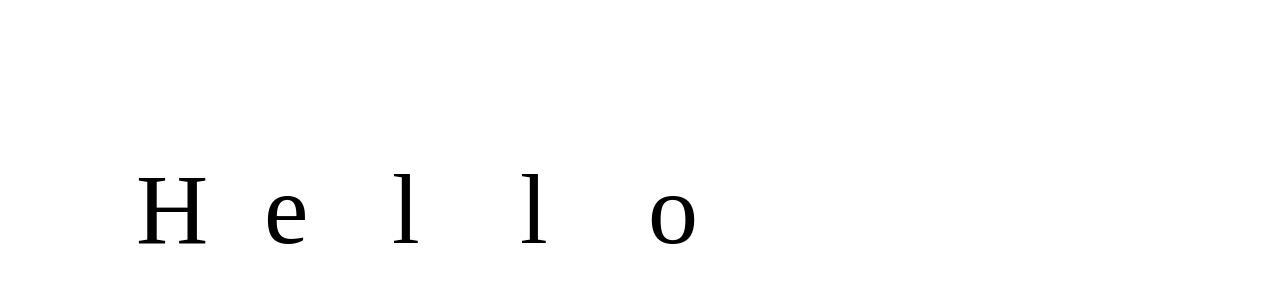
Repository: julihocc/javascript-interview-practice
Page: 01 HTML CSS/Exercise 75/index.html
These files come from the project's save history. The page is drawn as it stood at one moment and after the next save; the edit follows.
The browser window is 1280 px wide. The pictures show the whole page.

Above is the page before, as saved 2022-09-30 00:22:05.

After the next save:
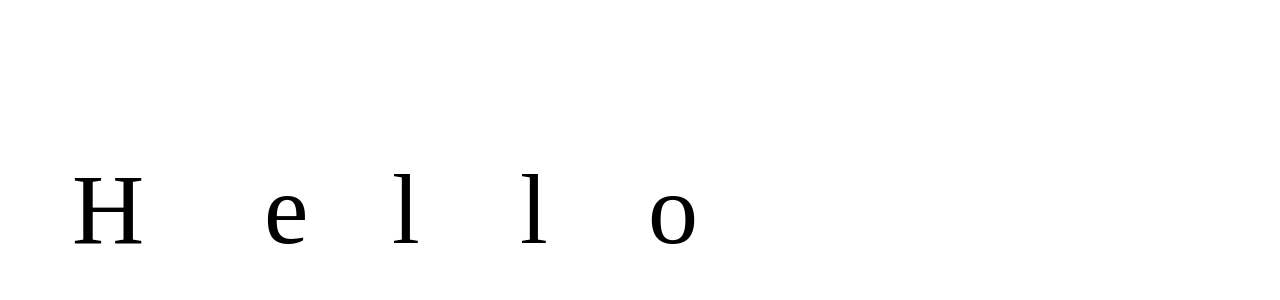
Saved 14 s later.
--- a/01 HTML CSS/Exercise 75/style.css
+++ b/01 HTML CSS/Exercise 75/style.css
@@ -20,7 +20,7 @@
 }
 
 #l1, #l1:hover {
-    left: 10vw;
+    left: 5vw;
 }
 
 #l2, #l2:hover {
